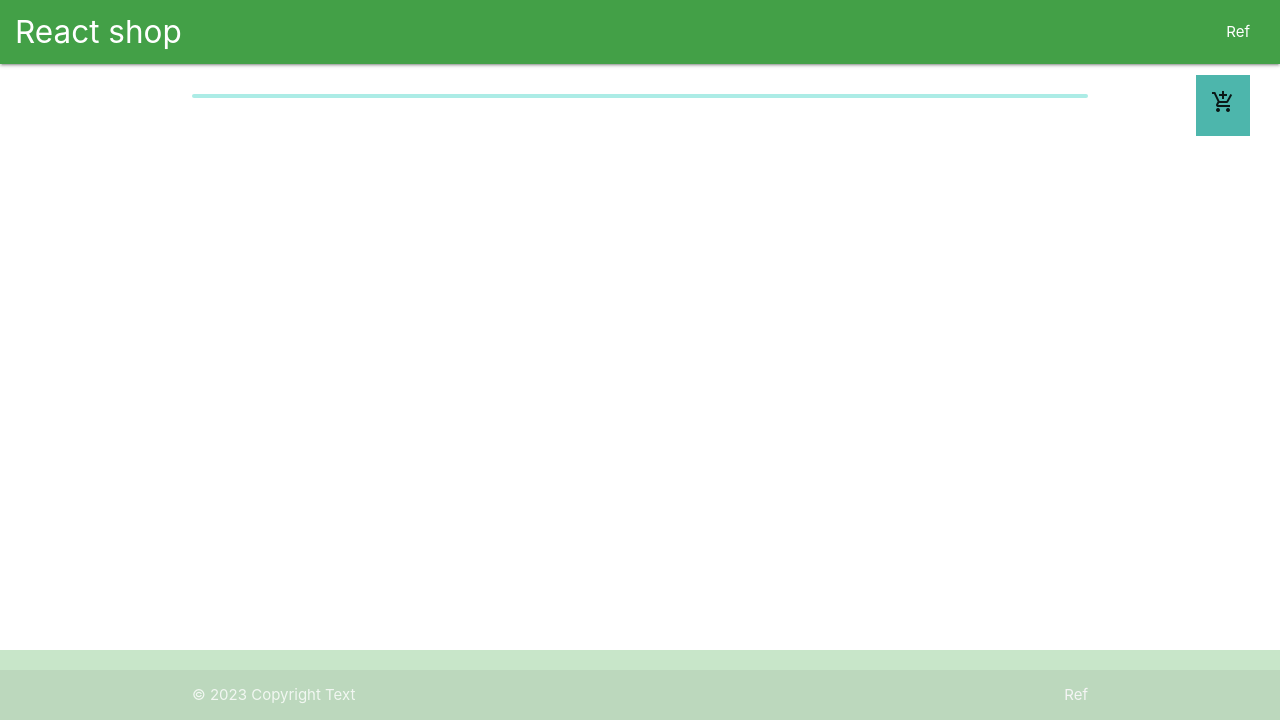
Repository: qui-qui-qui/online-shop
Page: /
The author's editor kept a copy of each file at every save. The page is drawn from the files as they stood at one save, then again after the next save.
The browser window is 1280 px wide. The pictures show the whole page.
The page's requests for data from a server got no answer. The project was rebuilt for these pictures with package versions that can differ from the ones it lists, and the page was loaded fresh each time. No one was signed in, and anything a server would have sent is missing. Also part of the build but not shown: src/components/GoodsItem.jsx, src/components/GoodsList.jsx, src/components/BasketItem.jsx, src/components/BasketList.jsx.

Above is the page before, as saved 2023-01-07 18:24:45.

After the next save:
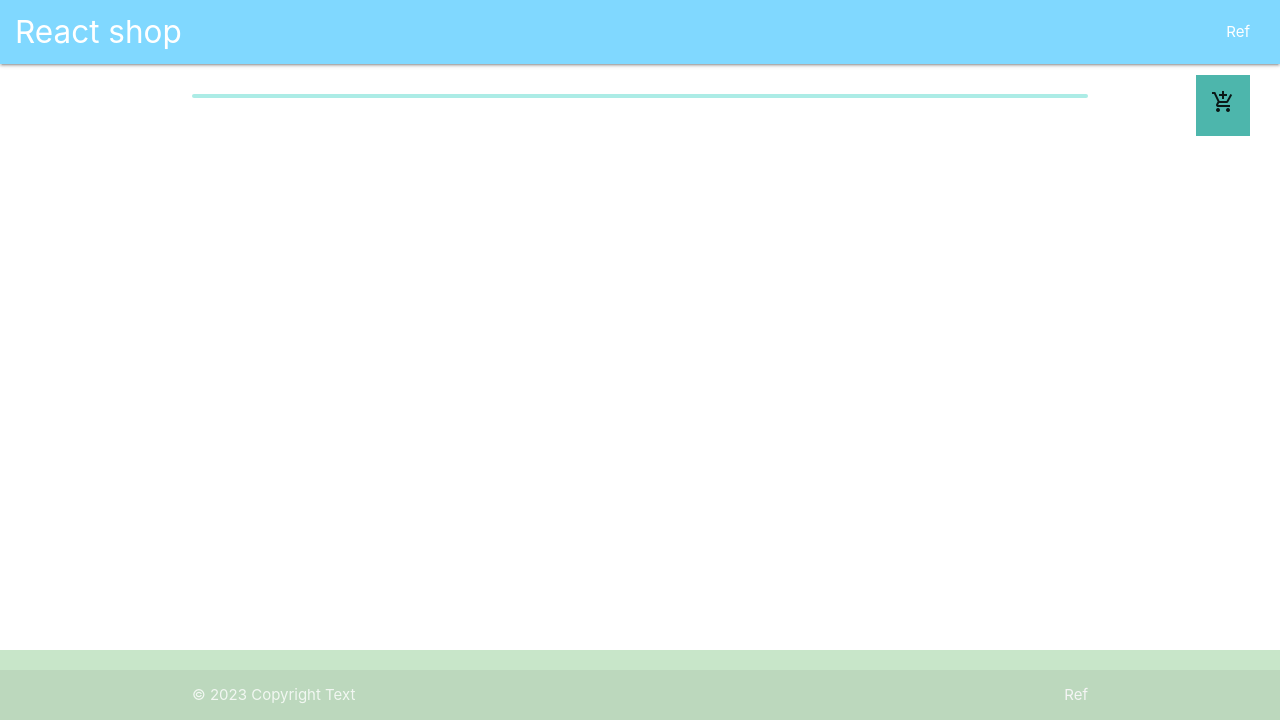
Saved 15 s later.
--- a/src/components/Header.jsx
+++ b/src/components/Header.jsx
@@ -1,5 +1,5 @@
 function Header() {
-    return <nav className="#43a047 green darken-1">
+    return <nav className="#80d8ff light-blue accent-1">
       <div className="nav-wrapper">
         <a href="!#" className="brand-logo left">React shop</a>
         <ul id="nav-mobile" className="right">
